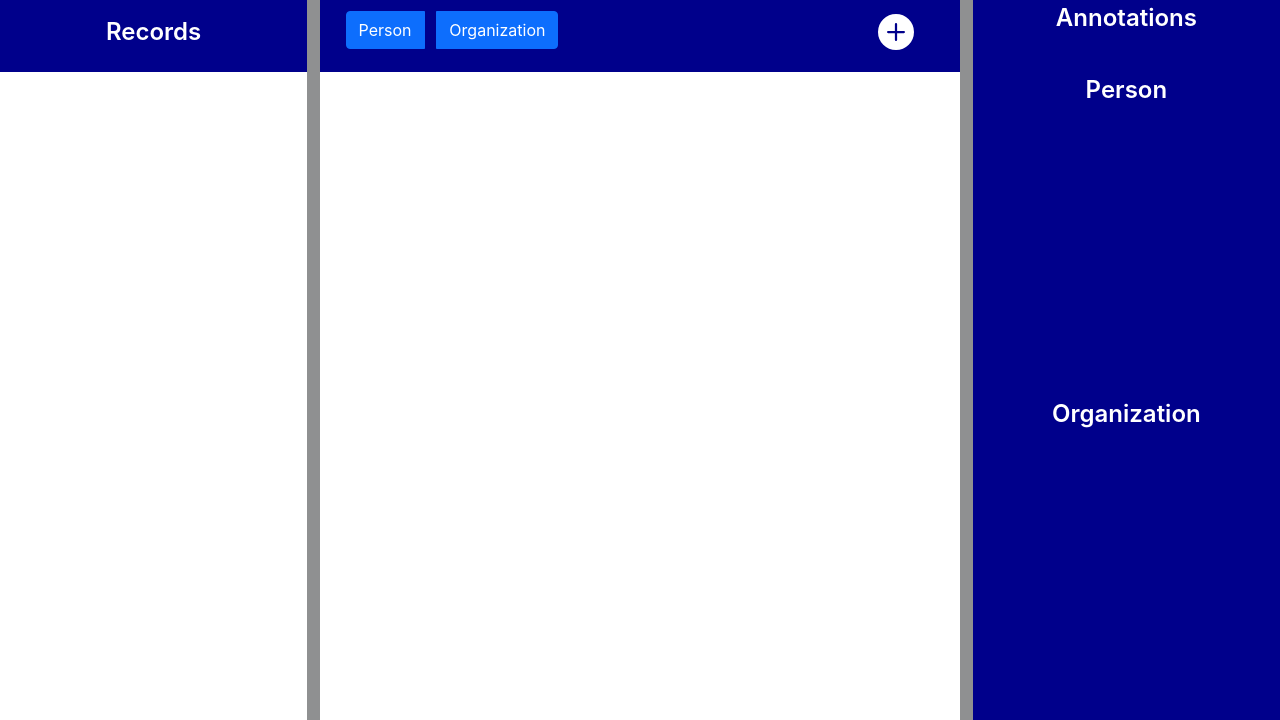
Repository: napan24/classforma_assignment
Page: / (app in client/)
The author's editor kept a copy of each file at every save. The page is drawn from the files as they stood at one save, then again after the next save.
The browser window is 1280 px wide. The pictures show the whole page.
The project was rebuilt for these pictures with package versions that can differ from the ones it lists, and the page was loaded fresh each time. Also part of the build but not shown: client/src/App.css.

Above is the page before, as saved 2022-07-20 15:41:04.

### client/public/index.html
<!DOCTYPE html>
<html lang="en">
  <head>
    <meta charset="utf-8" />
    <link rel="icon" href="%PUBLIC_URL%/favicon.ico" />
    <meta name="viewport" content="width=device-width, initial-scale=1" />
    <meta name="theme-color" content="#000000" />
    <meta
      name="description"
      content="Web site created using create-react-app"
    />
    <link href="https://cdn.jsdelivr.net/npm/bootstrap@5.1.3/dist/css/bootstrap.min.css" rel="stylesheet" integrity="sha384-1BmE4kWBq78iYhFldvKuhfTAU6auU8tT94WrHftjDbrCEXSU1oBoqyl2QvZ6jIW3" crossorigin="anonymous">
    <link rel="apple-touch-icon" href="%PUBLIC_URL%/logo192.png" />
    <!--
      manifest.json provides metadata used when your web app is installed on a
      user's mobile device or desktop. See https://developers.google.com/web/fundamentals/web-app-manifest/
    -->
    <link rel="manifest" href="%PUBLIC_URL%/manifest.json" />
    <!--
      Notice the use of %PUBLIC_URL% in the tags above.
      It will be replaced with the URL of the `public` folder during the build.
      Only files inside the `public` folder can be referenced from the HTML.

      Unlike "/favicon.ico" or "favicon.ico", "%PUBLIC_URL%/favicon.ico" will
      work correctly both with client-side routing and a non-root public URL.
      Learn how to configure a non-root public URL by running `npm run build`.
    -->
    <title>React App</title>
  </head>
  <body>
    <noscript>You need to enable JavaScript to run this app.</noscript>
    <div id="root"></div>
    <!--
      This HTML file is a template.
      If you open it directly in the browser, you will see an empty page.

      You can add webfonts, meta tags, or analytics to this file.
      The build step will place the bundled scripts into the <body> tag.

      To begin the development, run `npm start` or `yarn start`.
      To create a production bundle, use `npm run build` or `yarn build`.
    -->
    <script src="https://cdn.jsdelivr.net/npm/bootstrap@5.1.3/dist/js/bootstrap.bundle.min.js" integrity="sha384-ka7Sk0Gln4gmtz2MlQnikT1wXgYsOg+OMhuP+IlRH9sENBO0LRn5q+8nbTov4+1p" crossorigin="anonymous"></script>
  </body>
</html>

### client/src/App.js
import logo from './logo.svg';
import './App.css';
import Home from './Home';

function App() {
  return (
    <>
      <Home></Home>
    </>
  );
}

export default App;

### client/src/Home.js
'strict origin'
import React, { useState, useEffect } from 'react'
const Home = () => {
    const [textField, setTextField] = useState();
    const [person, setPerson] = useState();
    const [place, setPlace] = useState();
    const [personName, setPersonName] = useState(['']);
    const [placeName, setPlaceName] = useState(['']);
    useEffect(() => {
        if (textField) {
            trending();
        }
    }, [textField])
    const trending = async () => {
        const res = await fetch("/", {
            method: 'POST',
            headers: {
                "Content-Type": "application/json"
            },
            body: JSON.stringify({ textField })
        });
        const result = await res.json();
        setPerson(result.filter((arr) => arr.type == 'Person'));
        setPlace(result.filter((arr) => arr.type == 'Place'));
    };
    useEffect(() => {
        if (person) {
            person.forEach(function (arrayItem) {
                setPersonName(curr => [...curr, arrayItem.entityId]);
            });
        }
    }, [person])
    useEffect(() => {
        setPlaceName(['']);
        if (place) {
            place.forEach(function (arrayItem) {
                setPlaceName(curr => [...curr, arrayItem.entityId]);
            });
        }
    }, [place])
    const showFile = async (e) => {
        e.preventDefault()
        const reader = new FileReader()
        reader.onload = async (e) => {
            const text = (e.target.result)
            setTextField(text);
        };
        reader.readAsText(e.target.files[0])
    }
    return (
        <>
            <div style={{ display: 'flex', width: "100vw", height: "100vh", backgroundColor: "#8f9091" }}>
                <div style={{ width: "24vw", height: "100vh", backgroundColor: "white", marginRight: "1vw" }}>
                    <div style={{ width: "24vw", height: "10vh", backgroundColor: "#00008b", textAlign: 'center', fontSize: '150%', color: "white", fontWeight: "600", position: "fixed" }}>
                        <p style={{ marginTop: "2vh" }}>
                            Records
                        </p>
                    </div>
                    <div>

                    </div>
                </div>
                <div style={{ width: "50vw", height: "100vh", backgroundColor: "white", marginRight: "1vw", overflowY: "unset" }}>
                    <div style={{ width: "50vw", height: "10vh", backgroundColor: "#00008b", position: 'relative', overflowY: 'hidden' }}>
                        <div class="btn-group" style={{ marginTop: "1.5vh", marginLeft: "2vw" }}>
                            <button type="button" class="btn btn-primary" style={{ marginRight: "1vw" }}>Person</button>
                            <button type="button" class="btn btn-primary">Organization</button>
                        </div>
                        <label for="file">
                            <svg style={{ width: "20%", height: "50%", position: "absolute", right: "0", top: "2vh", color: "white" }} xmlns="http://www.w3.org/2000/svg" fill="currentColor" class="bi bi-plus-circle-fill" viewBox="0 0 16 16">
                                <path d="M16 8A8 8 0 1 1 0 8a8 8 0 0 1 16 0zM8.5 4.5a.5.5 0 0 0-1 0v3h-3a.5.5 0 0 0 0 1h3v3a.5.5 0 0 0 1 0v-3h3a.5.5 0 0 0 0-1h-3v-3z" />
                            </svg>
                        </label>
                        <input type="file" id="file" onChange={(e) => showFile(e)} style={{ display: "none" }} />
                    </div>
                    <div style={{ width: "48vw", height: "85vh", marginLeft: "2vw", marginTop: "5vh", overflowY: "scroll" }}>
                        {textField}
                    </div>
                </div>
                <div style={{ width: "24vw", height: "100vh", backgroundColor: "blue" }}>
                    <div style={{ width: "24vw", height: "10vh", backgroundColor: "#00008b", textAlign: 'center', fontSize: '150%', color: "white", fontWeight: "600" }}>
                        <p>
                            Annotations
                        </p>
                    </div>
                    <div style={{ width: "24vw", height: "5vh", backgroundColor: "#00008b", textAlign: 'center', fontSize: '150%', color: "white", fontWeight: "600" }}>
                        <p>
                            Person
                        </p>
                    </div>
                    <div style={{ maxWidth: "24vw", height: "40vh", backgroundColor: "#00008b", textAlign: 'center', fontSize: '150%', color: "white", fontWeight: "600", zIndex: "2", overflowY: "scroll", overflowX: "hidden" }}>
                        {personName && personName.map((user) => (
                            user.length > 0 && <div style={{ width: "23vw", backgroundColor: "black", color: "white", height: "3vh", fontSize: "2vh", position: 'relative', borderBottom: '1px solid white' }}>
                                {user}
                                <svg xmlns="http://www.w3.org/2000/svg" style={{ width: "3.5vw", height: "3.5vh", position: 'absolute', right: "0" }} fill="currentColor" class="bi bi-x" viewBox="0 0 16 16">
                                    <path d="M4.646 4.646a.5.5 0 0 1 .708 0L8 7.293l2.646-2.647a.5.5 0 0 1 .708.708L8.707 8l2.647 2.646a.5.5 0 0 1-.708.708L8 8.707l-2.646 2.647a.5.5 0 0 1-.708-.708L7.293 8 4.646 5.354a.5.5 0 0 1 0-.708z" />
                                </svg>
                            </div>
                        ))}
                    </div>
                    <div style={{ width: "24vw", height: "5vh", backgroundColor: "#00008b", textAlign: 'center', fontSize: '150%', color: "white", fontWeight: "600" }}>
                        <p>
                            Organization
                        </p>
                    </div>
                    <div style={{ width: "24vw", height: "40vh", backgroundColor: "#00008b", textAlign: 'center', fontSize: '150%', color: "white", fontWeight: "600", overflowY: "scroll" }}>
                        {placeName && placeName.map((user) => (
                            user.length > 0 && <div style={{ width: "23vw", backgroundColor: "black", color: "white", height: "3vh", fontSize: "2vh", borderBottom: '1px solid white', overflowX: "hidden" }}>
                                {user}
                                <svg xmlns="http://www.w3.org/2000/svg" style={{ width: "3.5vw", height: "3.5vh", position: 'absolute', right: "0" }} fill="currentColor" class="bi bi-x" viewBox="0 0 16 16">
                                    <path d="M4.646 4.646a.5.5 0 0 1 .708 0L8 7.293l2.646-2.647a.5.5 0 0 1 .708.708L8.707 8l2.647 2.646a.5.5 0 0 1-.708.708L8 8.707l-2.646 2.647a.5.5 0 0 1-.708-.708L7.293 8 4.646 5.354a.5.5 0 0 1 0-.708z" />
                                </svg>
                            </div>
                        ))}
                    </div>
                </div>
            </div>
        </>
    )
}

export default Home

Loaded but not shown: client/src/index.js (common file); client/src/index.css (common file); client/src/reportWebVitals.js (common file)

After the next save:
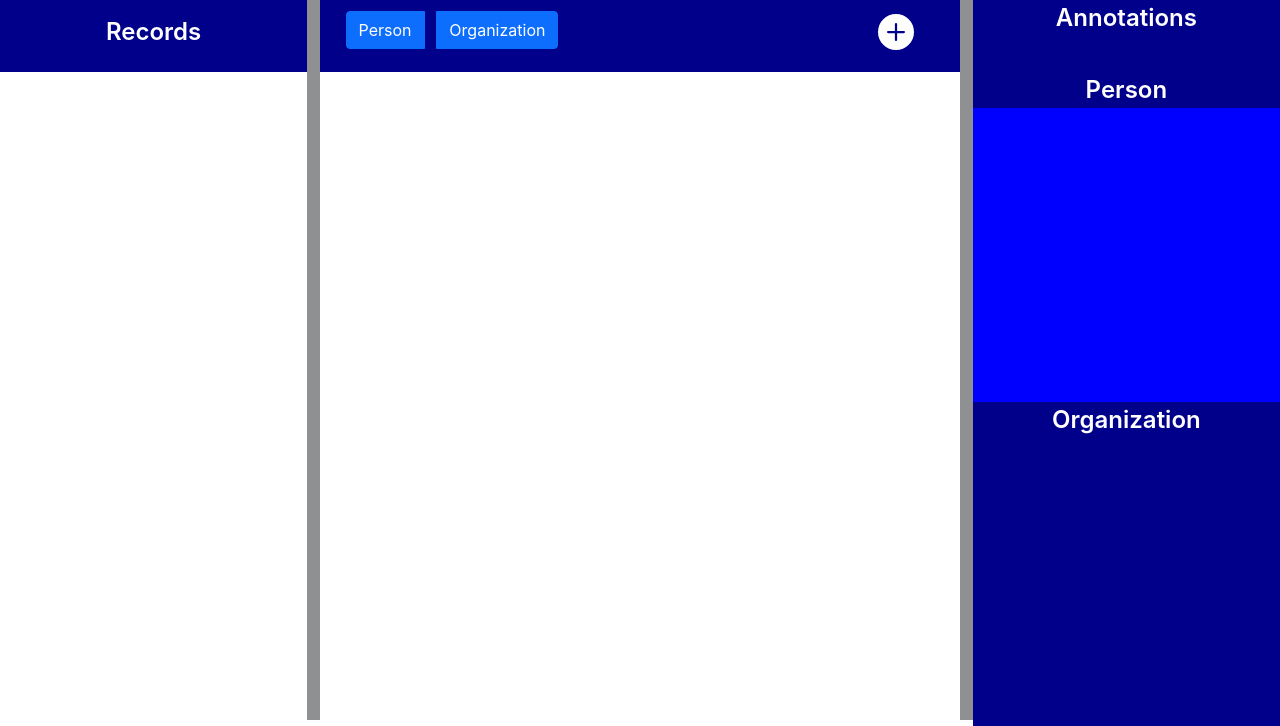
Saved 23 s later.
--- a/client/src/Home.js
+++ b/client/src/Home.js
@@ -88,7 +88,7 @@ const Home = () => {
                             Person
                         </p>
                     </div>
-                    <div style={{ maxWidth: "24vw", height: "40vh", backgroundColor: "#00008b", textAlign: 'center', fontSize: '150%', color: "white", fontWeight: "600", zIndex: "2", overflowY: "scroll", overflowX: "hidden" }}>
+                    <div style={{ display:'inline-block',maxWidth: "24vw", height: "40vh", backgroundColor: "#00008b", textAlign: 'center', fontSize: '150%', color: "white", fontWeight: "600", zIndex: "2", overflowY: "scroll", overflowX: "hidden" }}>
                         {personName && personName.map((user) => (
                             user.length > 0 && <div style={{ width: "23vw", backgroundColor: "black", color: "white", height: "3vh", fontSize: "2vh", position: 'relative', borderBottom: '1px solid white' }}>
                                 {user}
